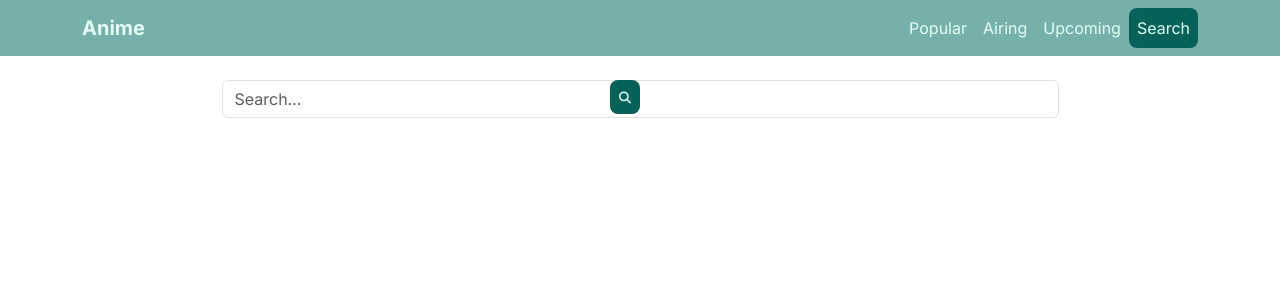
Repository: YomnaWegdan/anime
Page: /search
An editor plug-in stored every save of this project. The page is shown before and after the next save, followed by the edit.
The browser window is 1280 px wide. The pictures show the whole page.
The project was rebuilt for these pictures with package versions that can differ from the ones it lists, and the page was loaded fresh each time. The framework's server and built-in components were replaced by stand-ins that run in the browser. Also part of the build but not shown: next.config.mjs, src/app/animateCard/animateCard.jsx.

Above is the page before, as saved 2024-05-17 21:54:44.

After the next save:
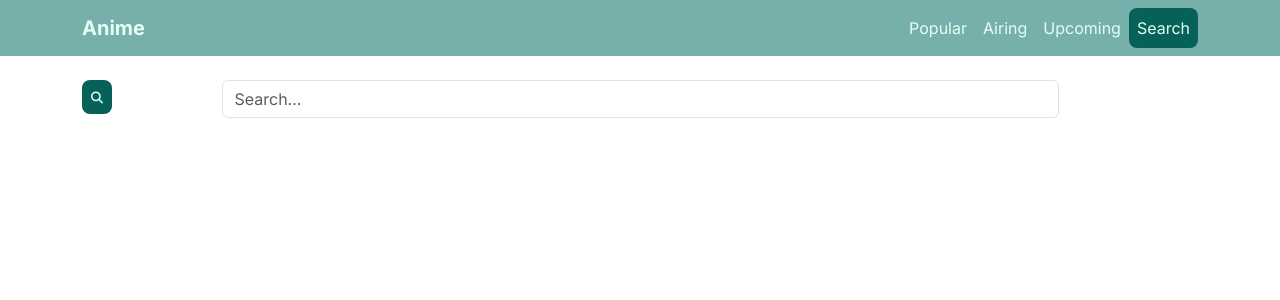
Saved 20 s later.
--- a/src/app/(components)/search/page.jsx
+++ b/src/app/(components)/search/page.jsx
@@ -35,7 +35,7 @@ const handleSubmit = async (e) =>{
     <div className=' position-relative'>
       <input className=' form-control  w-75 mx-auto ' placeholder='Search...'   onChange={handleChange}
       value={searchValue}/>
-      <button type='submit' className='btn bg-link px-2 py-1 position-absolute top-0 end-50 ' onClick={handleSubmit}>
+      <button type='submit' className='btn bg-link px-2 py-1 position-absolute top-0  ' onClick={handleSubmit}>
       <i className="fa-solid fa-magnifying-glass light-color fa-xs"></i>
       </button>
     </div>
